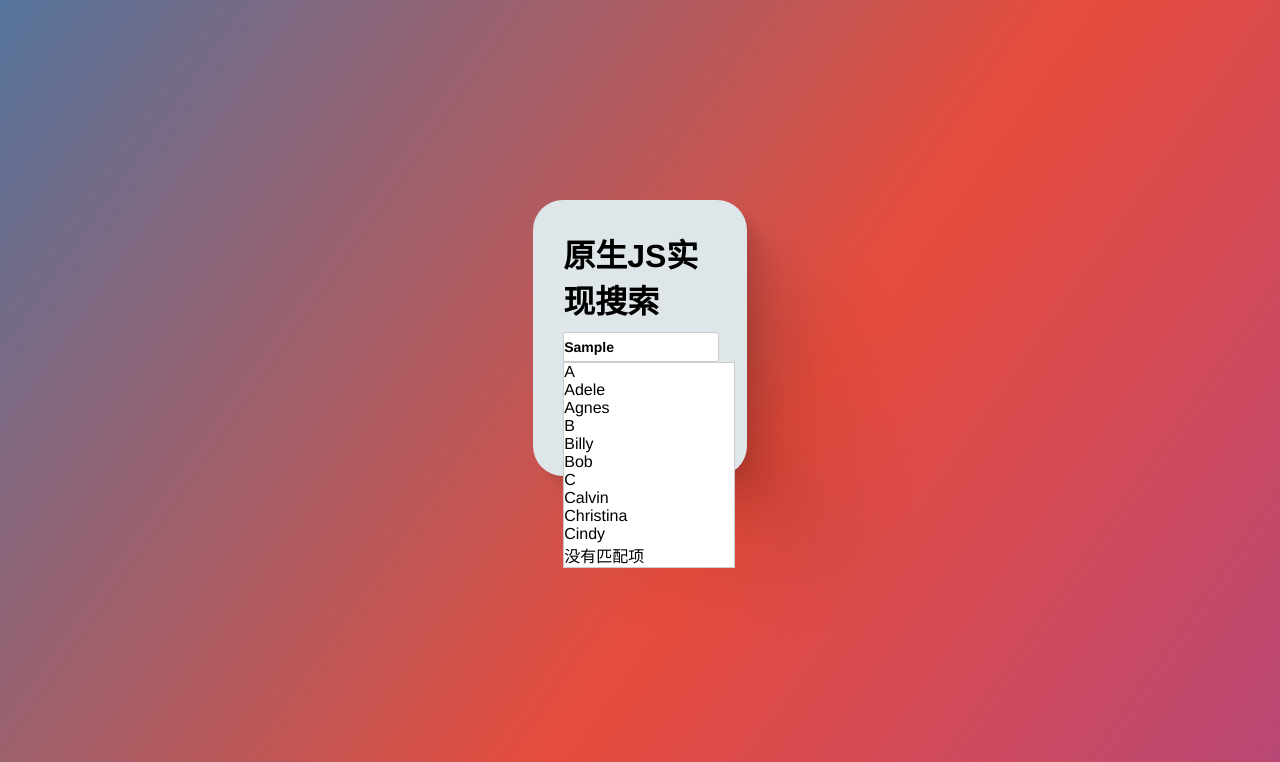
Repository: bigzheng11/selectWork
Page: 原生JS实现/原生JS实现.html
An editor plug-in stored every save of this project. The page is shown before and after a run of saves, followed by the edit.
The browser window is 1280 px wide. The pictures show the whole page.
Empty fields were first filled with sample values (such as "Sample", 5 or name@example.com).
After loading, the first visible `#myInput` was changed once.

Above is the page before, as saved 2022-10-25 10:37:48.

### 原生JS实现/原生JS实现.html
<!DOCTYPE html>
<html lang="en">
    <head>
        <meta charset="UTF-8" />
        <meta http-equiv="X-UA-Compatible" content="IE=edge" />
        <meta name="viewport" content="width=device-width, initial-scale=1.0" />
        <title>Document</title>
        <style>
            * {
                margin: 0;
                padding: 0;
                font-family: "Yuanti SC", Youyuan, "You Yuan", 幼圆,
                    "PingFang SC", "Microsoft Yahei", Helvetica, sans-serif;
            }
            body {
                width: 100%;
                height: 78vh;
                /* background-color: slategrey; */
                background-image: linear-gradient(
                    125deg,
                    #2c3e50,
                    #27ae60,
                    #2980b9,
                    #e74c3c,
                    #8e44ad
                );
                background-size: 400%;
                animation: bganimation 25s infinite;
            }

            @keyframes bganimation {
                0% {
                    background-position: 0% 50%;
                }
                50% {
                    background-position: 100% 50%;
                }
                100% {
                    background-position: 0% 50%;
                }
            }
            #app {
                background-color: #dfe6e9;
                width: 12%;
                height: 30vh;
                margin: 200px auto;
                padding: 30px;
                border-radius: 30px;
                box-shadow: 2.8px 2.8px 2.2px rgba(0, 0, 0, 0.02),
                    6.7px 6.7px 5.3px rgba(0, 0, 0, 0.028),
                    12.5px 12.5px 10px rgba(0, 0, 0, 0.035),
                    22.3px 22.3px 17.9px rgba(0, 0, 0, 0.042),
                    41.8px 41.8px 33.4px rgba(0, 0, 0, 0.05),
                    100px 100px 80px rgba(0, 0, 0, 0.07);
            }
            li {
                list-style-type: none;
            }
            #myInput {
                margin-top: 10px;
                width: 100%;
                height: 13%;
                border-radius: 10px;
                border: 0;
                border-radius: 3px;
                font-size: 14px;
                font-weight: 700;
                border: 1px solid #ccc;
            }
            #myInput:focus {
                border-color: #66afe9;
                outline: 0;
                box-shadow: inset 0 1px 1px rgba(0, 0, 0, 0.075),
                    0 0 8px rgba(102, 175, 233, 0.6);
            }
            #myUL {
                font-family: Georgia, "Times New Roman", Times, serif;
            }
        </style>
    </head>
    <body>
        <div id="app">
            <h1>原生JS实现搜索</h1>
            <input
                type="text"
                id="myInput"
                onkeyup="myFunction()"
                placeholder="搜索..."
            />
            <div
                style="
                    margin: 0 auto;
                    border: 1px solid #ccc;
                    width: 170px;
                    background: white;
                "
            >
                <ul id="myUL">
                    <li>
                        <p class="header">A</p>
                    </li>
                    <li><p>Adele</p></li>
                    <li><p>Agnes</p></li>
                    <li><p class="header">B</p></li>
                    <li><p>Billy</p></li>
                    <li><p>Bob</p></li>
                    <li><p class="header">C</p></li>
                    <li><p>Calvin</p></li>
                    <li><p>Christina</p></li>
                    <li><p>Cindy</p></li>
                    <li id="nothing" style="display: none">
                        <p>没有匹配项</p>
                    </li>
                </ul>
            </div>
        </div>

        <script>
            function myFunction() {
                // 声明变量
                var input, filter, ul, li, a, i;
                input = document.getElementById("myInput");
                filter = input.value.toUpperCase();
                ul = document.getElementById("myUL");
                li = ul.getElementsByTagName("li");
                nothing = document.getElementById("nothing");

                let temp = 0;
                // 循环所有列表，查找匹配项
                for (i = 0; i < li.length; i++) {
                    a = li[i].getElementsByTagName("p")[0];
                    if (a.innerHTML.toUpperCase().indexOf(filter) > -1) {
                        li[i].style.display = "";
                        temp += 1;
                    } else {
                        li[i].style.display = "none";
                    }
                    if (temp == 0) {
                        console.log("没有匹配项");
                        li[i].style.display = "";

                    }
                }
            }
        </script>
    </body>
</html>

After the next 3 saves:
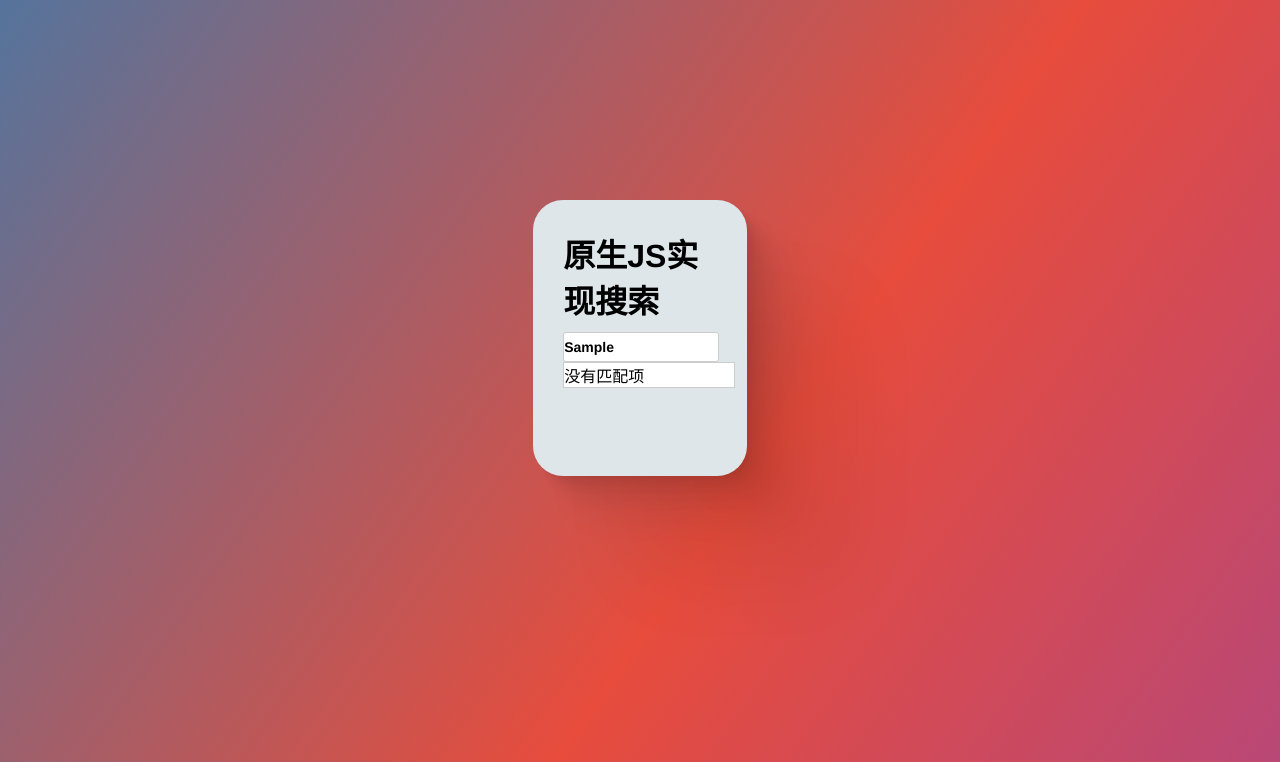
The 3 saves are shown as one change because they came seconds apart.
The last was saved 8 s later.
--- a/原生JS实现/原生JS实现.html
+++ b/原生JS实现/原生JS实现.html
@@ -137,8 +137,7 @@
                     }
                     if (temp == 0) {
                         console.log("没有匹配项");
-                        li[i].style.display = "";
-
+                        nothing.style.display = "";
                     }
                 }
             }
